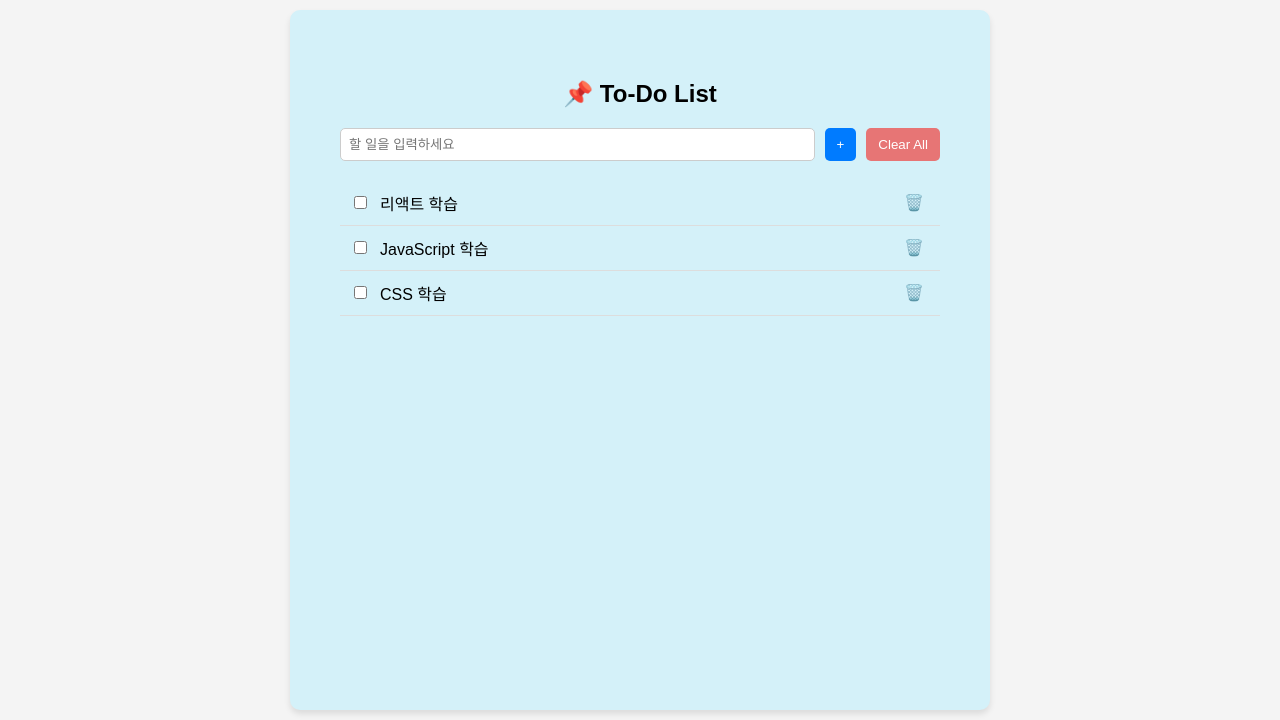
Repository: jongheonleee/todo-list
Page: /
An editor plug-in stored every save of this project. The page is shown before and after the next save, followed by the edit.
The browser window is 1280 px wide. The pictures show the whole page.
The project was rebuilt for these pictures with package versions that can differ from the ones it lists, and the page was loaded fresh each time.

Above is the page before, as saved 2025-02-20 13:23:44.

### src/App.js

import React from "react";
import { useState } from "react";
import "./App.css";
import InputForm from "./components/InputForm";
import ToDoList from "./components/ToDoList";


const App = () => {
  // 해당 컴포넌트에서 관리해야할 필드값 정의

  // 기본적으로 보여줄 리스트
  const [ id, setId ] = useState(''); // 특정 아잉템에 해당하는 id
  const [ items, setItems ] = useState([{ id : 1,   text : "리액트 학습",       done : false},
                                        { id : 2,   text : "JavaScript 학습", done : false},
                                        { id : 3,   text : "CSS 학습",        done : false}]); // 기본적으로 보여줄 items
  const [ text, setText ] = useState('');
  const [ done, setDone ] = useState(false);

  // 해당 컴포넌트에서 관리하는 필드값을 핸들링하는 함수 정의

  // 삭제 버튼 누르면 해당 아이템을 삭제함
  const handleDelete = (id) => {
    // 삭제 버튼 누르면 해당 아이템을 삭제함

    // - 사용자가 누른 아이템의 id가 현재 배열에 있는지 확인
    // - 해당 id에 대응되는 아이템이 있으면 해당 아이템을 제거한다
    const newItems = items.filter(item => item.id !== id);

    // 알림창 띄우기
    notify('Item deleted successfully');

    // - items를 업데이트한다
    setItems(newItems);

    // - id를 초기화한다.
    setId(-1);

  };

  const handleSubmit = (e) => {
    // 입력 폼을 입력하고 추가 버튼을 누르면 새로운 아이템을 등록함

    // - 리프레시 방지
    e.preventDefault();

    // - 작성한 타이틀 유효성 검증
    if (!isValidText(text)) {
      return;
    }

    // - 아이템 등록 처리
    const newItem = {id : crypto.randomUUID(), text: text, done: false};

    // - 아이템 배열에 추가
    const newItems = [...items, newItem];
    setItems(newItems);

    // - 아이템 추가되었음을 알림
    notify('Item added successfully');

    // - 초기화
    setId('');
    setText('');
    setDone(false);
  };


  const handleText = (e) => {
    // todo-item 타이틀 작성시 상태 변경
    setText(e.target.value);
  }


  const clearItems = () => {
    // 모든 아이템을 지움
    const newItems = [];
    setItems(newItems);
  }

  // 특정 작업 수행시 알림창 띄우기
  const notify = (message) =>  {
      alert(message);
  }

  // 아이템 유효성 검증
  const isValidText = (text) => {
    return text !== null && text.length > 0;
  }

  // 렌더링할 페이지 형태
  return (
    <div className="container">
      <div className="sub-container">
        <h2>📌 To-Do List</h2>
          {/* 입력 부분  */}
          <InputForm
            handleSubmit={handleSubmit}
            handleText={handleText}
            clearItems={clearItems}
          />

          {/* todo-list 부분 */}
          <ToDoList
            items={items}
            handleDelete={handleDelete}
          />
      </div>

    </div>
  );
}

export default App;

### src/App.css
/* styles.css */
.container {
  font-family: Arial, sans-serif;
  background-color: #f4f4f4;
  display: flex;
  justify-content: center;
  align-items: center;
  height: 100vh;
  margin: 0;
}

.sub-container {
  position: relative; /* 부모 요소를 기준으로 위치 설정 */
  background-color: #D4F1F9;
  padding: 50px;
  border-radius: 10px;
  box-shadow: 0 4px 6px rgba(0, 0, 0, 0.1);
  width: 600px;
  height: 600px;
}

h2 {
  text-align: center;
  margin-bottom: 20px;
}

.input-area {
  display: flex;
  gap: 10px;
}

input[type="text"] {
  flex: 1;
  padding: 8px;
  border: 1px solid #ccc;
  border-radius: 5px;
}

.add-btn {
  background: #007bff;
  color: white;
  border: none;
  padding: 8px 12px;
  cursor: pointer;
  border-radius: 5px;
}

.add-btn:hover {
  background: #0056b3;
}

.todo-list {
  list-style: none;
  padding: 0;
  margin-top: 20px;
}

.todo-list li {
  display: flex;
  justify-content: space-between;
  align-items: center;
  padding: 10px;
  border-bottom: 1px solid #ddd;
}

.todo-item {
  display: flex;
  align-items: center;
  gap: 10px;
}

.delete-btn {
  background: none;
  border: none;
  color: red;
  cursor: pointer;
  font-size: 16px;
}

.delete-btn:hover {
  color: darkred;
}

### src/components/InputForm.js
import React from "react";
import "./InputForm.css";

const InputForm = ({ handleSubmit, handleText, clearItems }) => {
    return (
        <form
            className="input-area"
            onSubmit={handleSubmit}
        >
            <input
                type="text"
                placeholder="할 일을 입력하세요"
                onChange={handleText}
            />
            <button
                type="submit"
                className="add-btn"
            >
            +
            </button>
            {/* 모두 삭제 처리 */}
            <button
                onClick={clearItems}
                className="clear-btn"
            >
            Clear All
            </button>
        </form>
    );
}

export default InputForm;

### src/components/ToDoList.js
import React from "react";
import ToDoItem from "./ToDoItem";
import "./ToDoList.css"

const ToDoList = ({ items, handleDelete }) => {
    return (
        <ul className="todo-list">
            {
                items.map(item => {
                    return (
                        <ToDoItem
                            id={item.id}
                            text={item.text}
                            done={item.done}
                            handleDelete={handleDelete}
                        />
                    )
                })
            }
            {/* <li>
                <div className="todo-item">
                    <input type="checkbox" />
                    <span>리액트 학습</span>
                </div>
                <button className="delete-btn">🗑️</button>
            </li> */}
          {/* <li>
            <div className="todo-item">
              <input type="checkbox" />
              <span>JavaScript 학습</span>
            </div>
            <button className="delete-btn">🗑️</button>
          </li>
          <li>
            <div className="todo-item">
              <input type="checkbox" />
              <span>CSS 학습</span>
            </div>
            <button className="delete-btn">🗑️</button>
          </li> */}
        </ul>
    )
}

export default ToDoList;

### src/components/InputForm.css
.input-area {
    display: flex;
    gap: 10px;
}

input[type="text"] {
    flex: 1;
    padding: 8px;
    border: 1px solid #ccc;
    border-radius: 5px;
}

.add-btn {
    background: #007bff;
    color: white;
    border: none;
    padding: 8px 12px;
    cursor: pointer;
    border-radius: 5px;
}

.add-btn:hover {
    background: #0056b3;
}

.clear-btn {
    background: rgb(231, 117, 117);
    color: white;
    border: none;
    padding: 8px 12px;
    cursor: pointer;
    border-radius: 5px;
}

.clear-btn:hover {
    background: rgb(231, 66, 66);
}

### src/components/ToDoItem.js
import React from "react";
import "./ToDoItem.css"

// item은 3가지 필드를 지님
// - id, text, done
const ToDoItem = ({ id, text, done, handleDelete }) => {
    return (
        <li>
            <div
                id={id}
                className="todo-item"
            >
                <input type="checkbox" />
                <span>{done ? <del>text</del> : text}</span>
            </div>
            <button className="delete-btn" onClick={() => handleDelete(id)}>🗑️</button>
        </li>
    )
}

export default ToDoItem;

### src/components/ToDoList.css
.todo-list {
    list-style: none;
    padding: 0;
    margin-top: 20px;
}

.todo-item li {
    display: flex;
    justify-content: space-between;
    align-items: center;
    padding: 10px;
    border-bottom: 1px solid #ddd;
}

.todo-item {
    display: flex;
    align-items: center;
    gap: 10px;
}

.delete-btn {
    background: none;
    border: none;
    color: red;
    cursor: pointer;
    font-size: 16px;
}

.delete-btn:hover {
    color: darkred;
}

### src/components/ToDoItem.css
.todo-item li {
    display: flex;
    justify-content: space-between;
    align-items: center;
    padding: 10px;
    border-bottom: 1px solid #ddd;
}

.todo-item {
    display: flex;
    align-items: center;
    gap: 10px;
}

.delete-btn {
    background: none;
    border: none;
    color: red;
    cursor: pointer;
    font-size: 16px;
}

.delete-btn:hover {
    color: darkred;
}

Loaded but not shown: public/index.html (common file); src/index.js (common file); src/index.css (common file); src/reportWebVitals.js (common file)

After the next save:
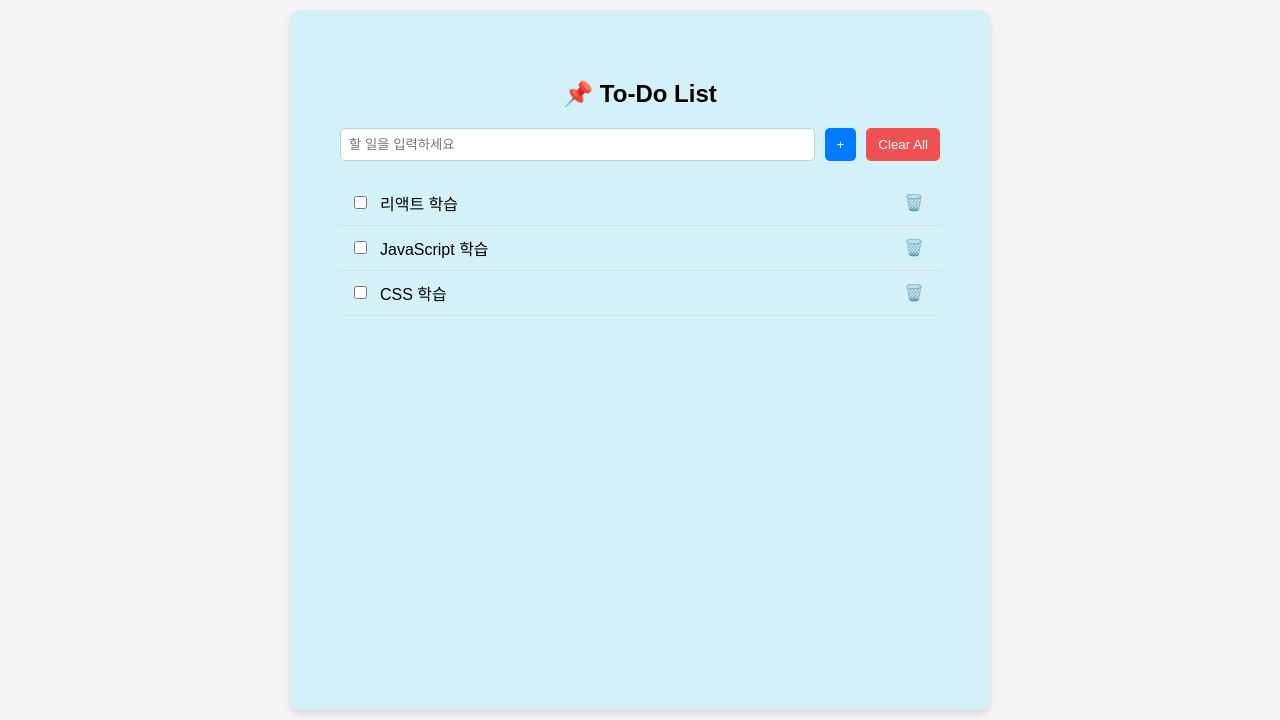
Saved 12 s later.
--- a/src/components/InputForm.css
+++ b/src/components/InputForm.css
@@ -24,7 +24,7 @@ input[type="text"] {
 }
 
 .clear-btn {
-    background: rgb(231, 117, 117);
+    background: rgb(237, 81, 81);
     color: white;
     border: none;
     padding: 8px 12px;
@@ -33,5 +33,5 @@ input[type="text"] {
 }
 
 .clear-btn:hover {
-    background: rgb(231, 66, 66);
+    background: rgb(231, 16, 16);
 }
